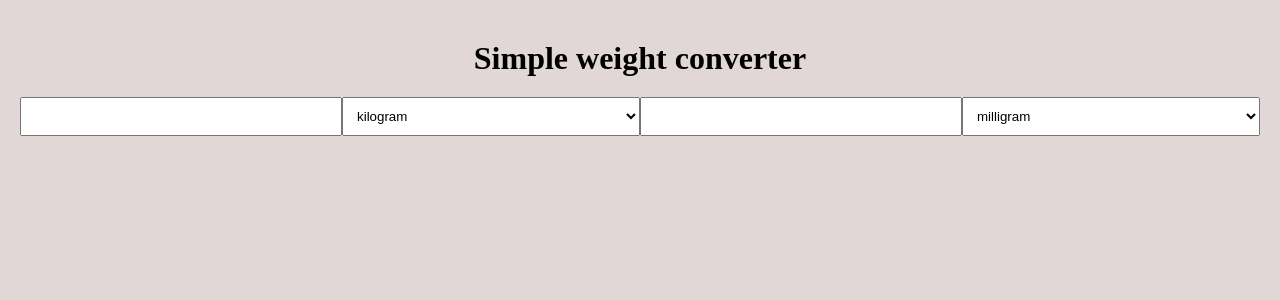
Repository: Eugene44-hub/weight-converter
Page: index.html
An editor plug-in stored every save of this project. The page is shown before and after a run of saves, followed by the edit.
The browser window is 1280 px wide. The pictures show the whole page.

Above is the page before, as saved 2021-09-20 05:00:22.

### index.html
<!DOCTYPE html>
<html lang="en">

<head>
    <meta charset="UTF-8">
    <meta http-equiv="X-UA-Compatible" content="IE=edge">
    <meta name="viewport" content="width=device-width, initial-scale=1.0">
    <link rel="stylesheet" href="style.css">
    <title>Document</title>
</head>

<body>
    <div class="converter">
        <h1>Simple weight converter</h1>

        <input type="number" id="typed">
        <select name="" id="in-weight">
      <option value="kg">kilogram</option>
      <option value="ou">ounce</option>
      <option value="mg">milligram</option>
    </select>
        <input type="number" id="output">
        <select name="" id="out-weight">
      <option value="mg">milligram</option>
      <option value="ou">ounce</option>
      <option value="kg">kilogram</option>
    </select>
    </div>
    <script src="app.js"></script>
</body>

</html>

### style.css
* {
    padding: 0;
    margin: 0;
}

body {
    background-color: rgb(226, 215, 215);
}

input {
    padding: 10px;
    flex: 10%;
}

h1 {
    text-align: center;
    flex: 100%;
    margin-bottom: 20px;
}

select {
    padding: 10px;
    flex: 10%;
}

.converter {
    display: flex;
    flex-wrap: wrap;
    justify-content: space-between;
    padding: 20px;
    margin: 20px auto;
    width: ;
}

### app.js
let typed = document.querySelector('#typed');
let output = document.querySelector('#output');
let select = document.querySelector('#in-weight');
let select2 = document.querySelector('#out-weight');

function selectTwo(val) {
    select2.addEventListener('change', e => {
        if (select2.value === 'mg' && select.value === 'kg') {
            output.value = val * Math.pow(10, 6)
        } else if (select2.value === "ou" && select.value === 'mg') {
            output.value = val * 0.000035274
        } else if (select2.value === "ou" && select.value === 'kg') {
            output.value = val * 35.274
        } else if (select2.value === "kg" && select.value === 'ou') {
            output.value = val / 35.274
        } else if (select2.value === "mg" && select.value === 'ou') {
            output.value = val / 0.000035274
        } else if (select2.value === "kg" && select.value === 'mg') {
            output.value = val / Math.pow(10, 6)
        } else {
            output.value = typed.value
        }

    })
}

function selectOne(val) {
    select.addEventListener('change', e => {

        if (select2.value === 'mg' && select.value === 'kg') {
            typed.value = val / Math.pow(10, 6)
        } else if (select2.value === "mg" && select.value === 'ou') {
            typed.value = val * 0.000035274
        } else if (select2.value === "ou" && select.value === 'kg') {
            typed.value = val / 35.274
        } else if (select2.value === "kg" && select.value === 'ou') {
            typed.value = val * 35.274
        } else if (select2.value === "ou" && select.value === 'mg') {
            typed.value = val / 0.000035274
        } else if (select2.value === "kg" && select.value === 'mg') {
            typed.value = val * Math.pow(10, 6)
        } else { typed.value = output.value }
    })
}


typed.addEventListener('input',
    e => {

        if (select2.value === 'mg' && select.value === 'kg') {
            output.value = Number(e.target.value) * Math.pow(10, 6)
        } else if (select2.value === "ou" && select.value === 'mg') {
            output.value = Number(e.target.value) * 0.000035274
        } else if (select2.value === "ou" && select.value === 'kg') {
            output.value = Number(e.target.value) * 35.274
        } else if (select2.value === "kg" && select.value === 'ou') {
            output.value = Number(e.target.value) / 35.274
        } else if (select2.value === "mg" && select.value === 'ou') {
            output.value = Number(e.target.value) / 0.000035274
        } else if (select2.value === "kg" && select.value === 'mg') {
            output.value = Number(e.target.value) / Math.pow(10, 6)
        } else {
            output.value = typed.value
        }
        selectTwo(Number(e.target.value))
    })

output.addEventListener('input',
    e => {
        if (select2.value === 'mg' && select.value === 'kg') {
            typed.value = Number(e.target.value) / Math.pow(10, 6)
        } else if (select2.value === "mg" && select.value === 'ou') {
            typed.value = Number(e.target.value) * 0.000035274
        } else if (select2.value === "ou" && select.value === 'kg') {
            typed.value = Number(e.target.value) / 35.274
        } else if (select2.value === "kg" && select.value === 'ou') {
            typed.value = Number(e.target.value) * 35.274
        } else if (select2.value === "ou" && select.value === 'mg') {
            typed.value = Number(e.target.value) / 0.000035274
        } else if (select2.value === "kg" && select.value === 'mg') {
            typed.value = Number(e.target.value) * Math.pow(10, 6)
        } else { typed.value = output.value }
        selectOne(Number(e.target.value))
    })

After the next 2 saves:
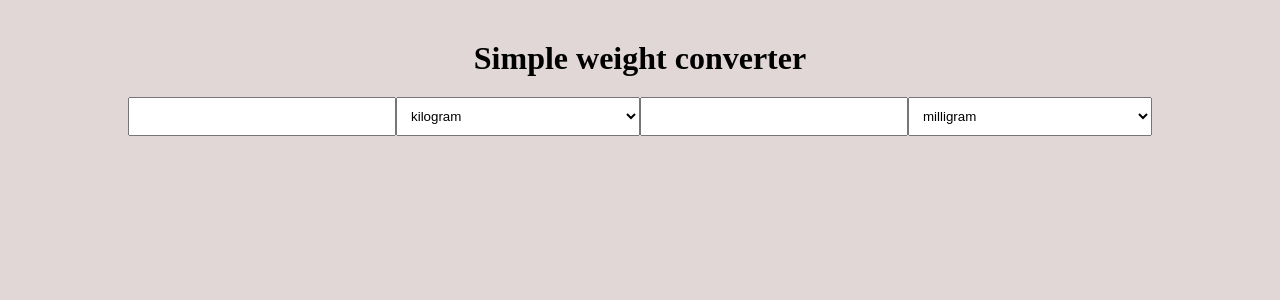
The 2 saves are shown as one change because they came seconds apart.
The last was saved 5 s later.
--- a/style.css
+++ b/style.css
@@ -29,5 +29,5 @@ select {
     justify-content: space-between;
     padding: 20px;
     margin: 20px auto;
-    width: ;
+    width: 80%;
 }
